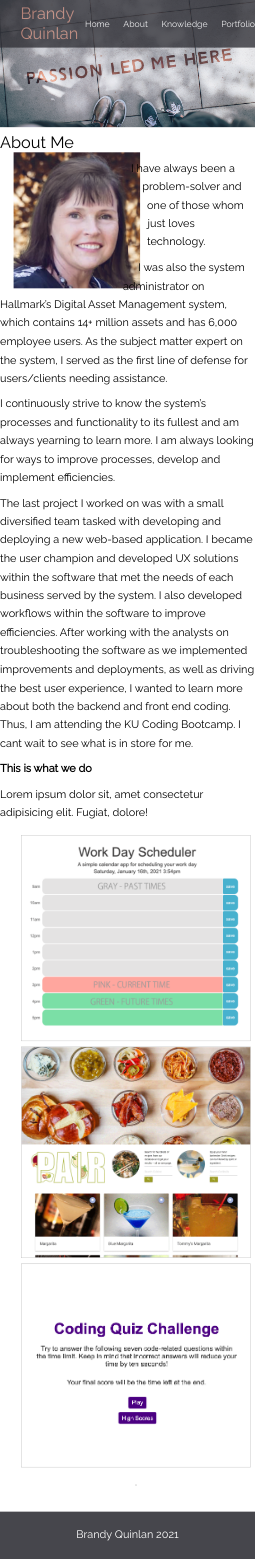
Repository: brandyquinlan/brandyquinlan
Page: index.html
These files come from the project's save history. The page is drawn as it stood at one moment and after the next save; the edit follows.
The browser window is 375 px wide. The pictures show the whole page, at 68% of full size.
Some web libraries are served in a nearby version.

Above is the page before, as saved 2021-02-05 21:13:01.

After the next save:
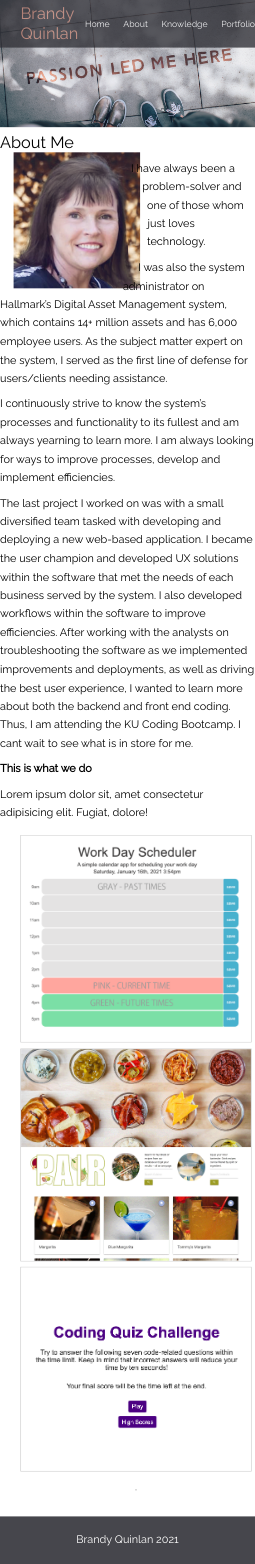
Saved 11 s later.
--- a/css/style.css
+++ b/css/style.css
@@ -297,6 +297,6 @@
             }
             .projects img {
                 border: #ccc 1px solid;
-                width: 90vw;
-            }
-        }
+                width: 100%;
+            }
+        }
